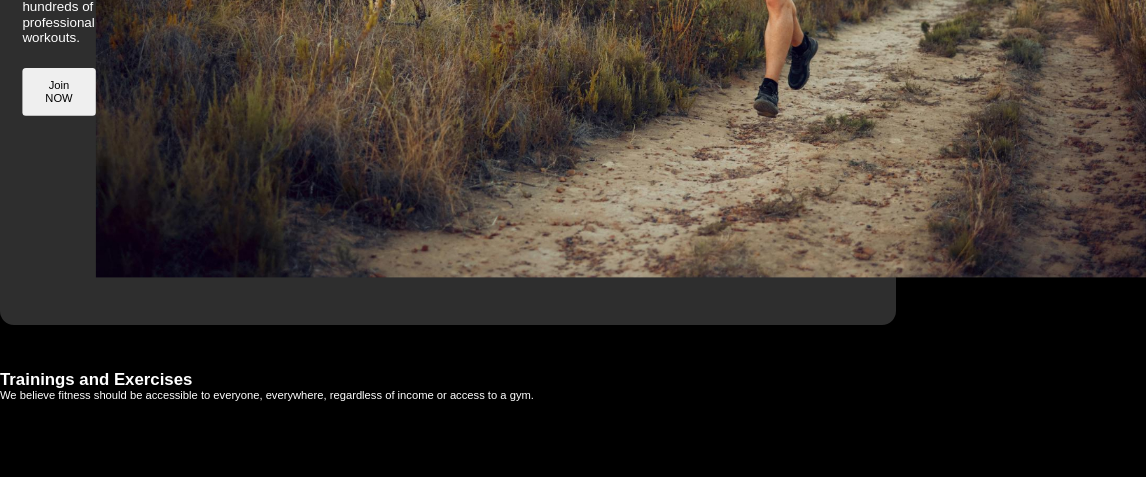
Repository: Aminul-Islam85/Assignment-2
Page: index.html
The author's editor kept a copy of each file at every save. The page is drawn from the files as they stood at one save, then again after the next save.
The browser window is 1280 px wide. The page is 1637 px wide, so the pictures cover 1637 px, including what lies to the right of the window. The pictures show the part of the page from y = 1526 to 3046 px (the page is 2208 px tall before and 3046 px after), at 70% of full size.

Above is the page before, as saved 2024-10-23 16:16:02.

After the next save:
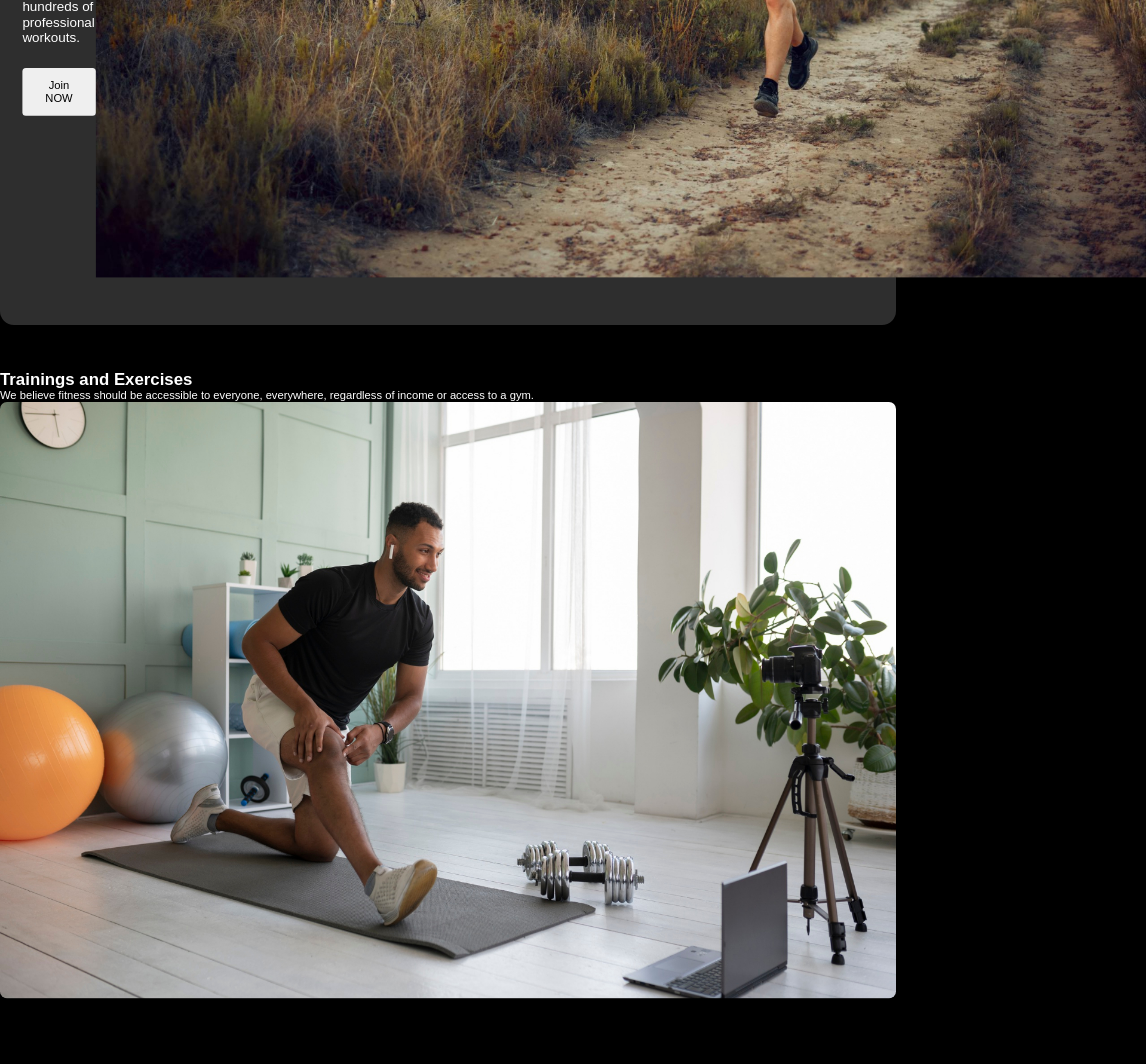
Saved 47 s later.
--- a/index.html
+++ b/index.html
@@ -84,7 +84,7 @@
         <p>We believe fitness should be accessible to everyone, everywhere, regardless of income or access to a gym.</p>
         <div>
             <div class="exercise-item">
-                <img src="" alt="">
+                <img src="images/exercise1.jpg" alt="Exercise-1">
                 <div></div>
                 <p></p>
             </div>
